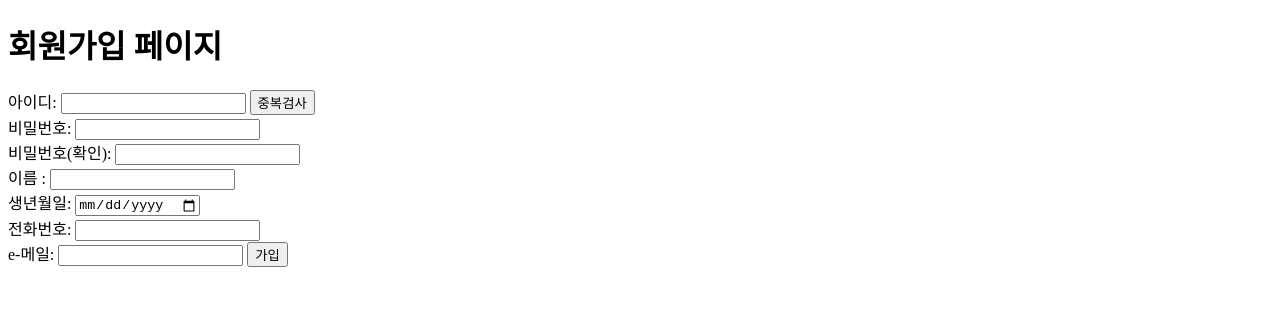
Repository: rmh6363/javastudy
Page: HelloWorld/WebContent/d.html
These files come from the project's save history. The page is drawn as it stood at one moment and after the next save; the edit follows.
The browser window is 1280 px wide. The pictures show the whole page.

Above is the page before, as saved 2020-12-04 07:20:46.

After the next save:
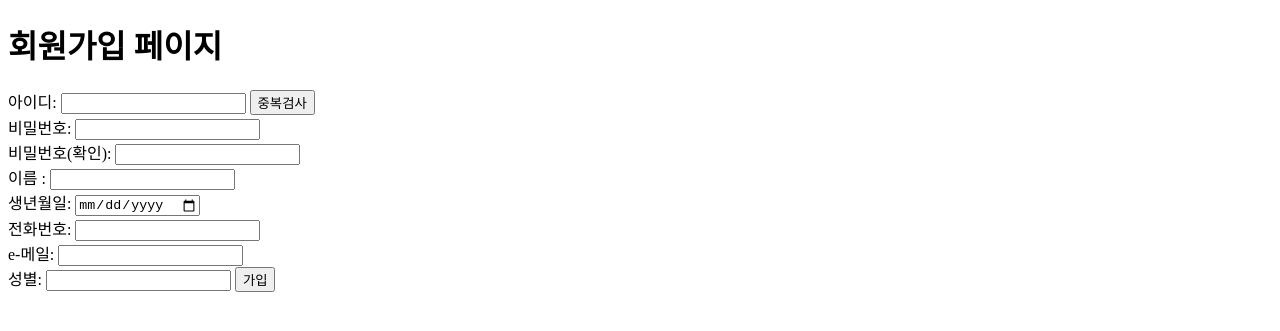
Saved 3 min 1 s later.
--- a/HelloWorld/WebContent/d.html
+++ b/HelloWorld/WebContent/d.html
@@ -28,8 +28,9 @@
 <br>
 <label for = "email">e-메일:</label>
 <input id="email" type="email" name= "email">
-
-
+<br>
+<label for = "gender">성별:</label>
+<input id = "gender" name = "gender">
 <input type="submit" value="가입">
 
 </form>
